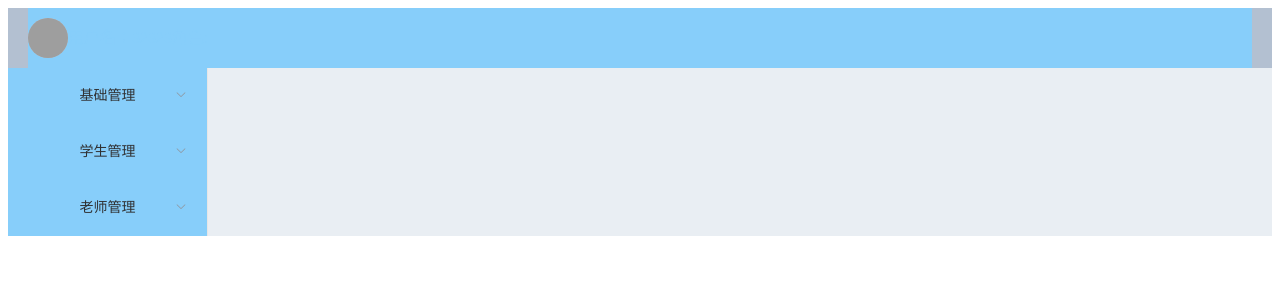
Repository: lwm9704/school-front
Page: /#/home
These files come from the project's save history. The page is drawn as it stood at one moment and after the next save; the edit follows.
The browser window is 1280 px wide. The pictures show the whole page.
Pictures or frames that could not be fetched are drawn as grey boxes. The project was rebuilt for these pictures with package versions that can differ from the ones it lists, and the page was loaded fresh each time. Also part of the build but not shown: src/view/login.vue.

Above is the page before, as saved 2021-11-15 15:50:12.

After the next save:
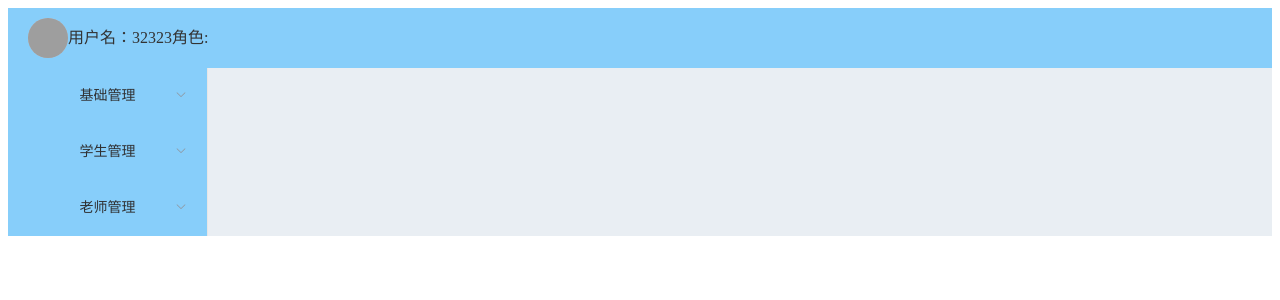
Saved 41 s later.
--- a/src/view/home.vue
+++ b/src/view/home.vue
@@ -53,15 +53,15 @@ export default {
 <style lang="scss" scoped>
 .el-header,
 .el-footer {
-  background-color: #b3c0d1;
-  color: #87CEFA;
+  background-color: #87CEFA;
+  color: #333;
   text-align: center;
   line-height: 60px;
 }
 
 .el-aside {
-  background-color: #d3dce6;
-  color: #87CEFA;
+  background-color: #87CEFA;
+  color: #333;
   text-align: center;
   line-height: 200px;
 }
